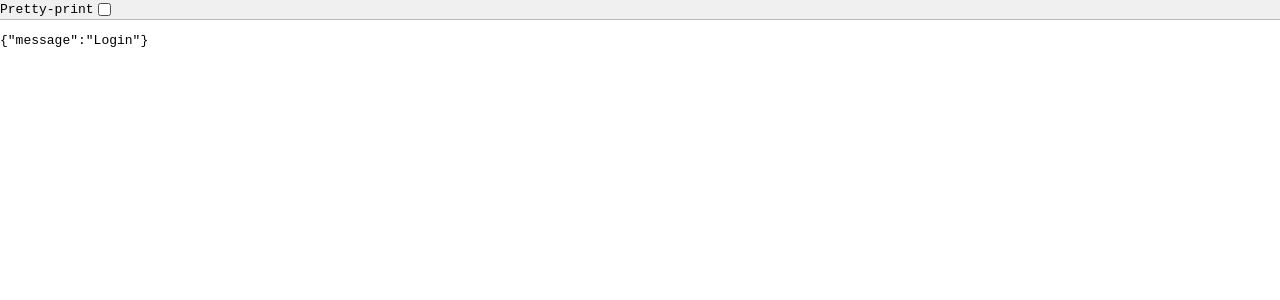
Repository: ChabanovX/quizee
Page: http://localhost/login
These files come from the project's save history. The page is drawn as it stood at one moment and after a run of saves; the edit follows.
The browser window is 1280 px wide. The pictures show the whole page.
The page is served by the project's application, run on Flask 3 (main.py).

Above is the page before, as saved 2024-07-11 17:06:16.

After the next 3 saves:
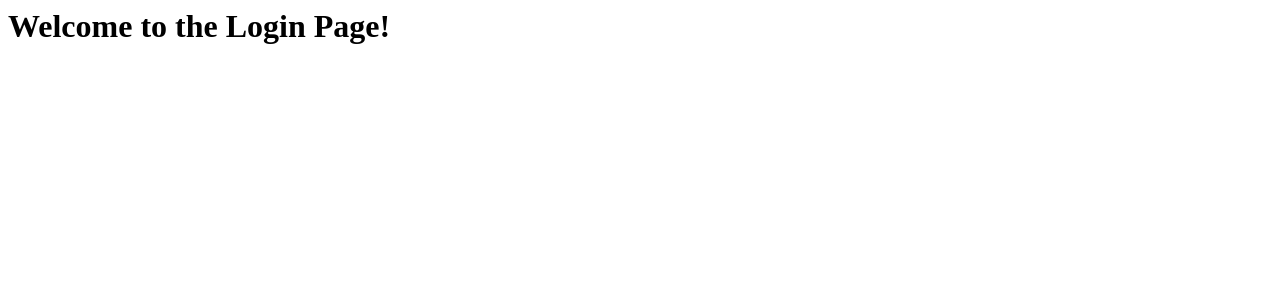
The 3 saves are shown as one change because they came seconds apart.
The last was saved 10 s later.
--- a/main.py
+++ b/main.py
@@ -22,7 +22,7 @@ def register():
 
         return jsonify({"message": "User created."}), 201
 
-    return "<h1>Welcome to the Quizee backend!</h1>"
+    return "<h1>Welcome to the Register Page!</h1>"
 
 
 @app.route("/login", methods=["GET", "POST"])
@@ -36,7 +36,7 @@ def login():
 
         return jsonify({"message": "Login successful.", "access_token": token})
 
-    return jsonify({"message": "Login"}), 200
+    return "<h1>Welcome to the Login Page!</h1>"
 
 
 @app.route("/<instance_name>", methods=["GET"])
